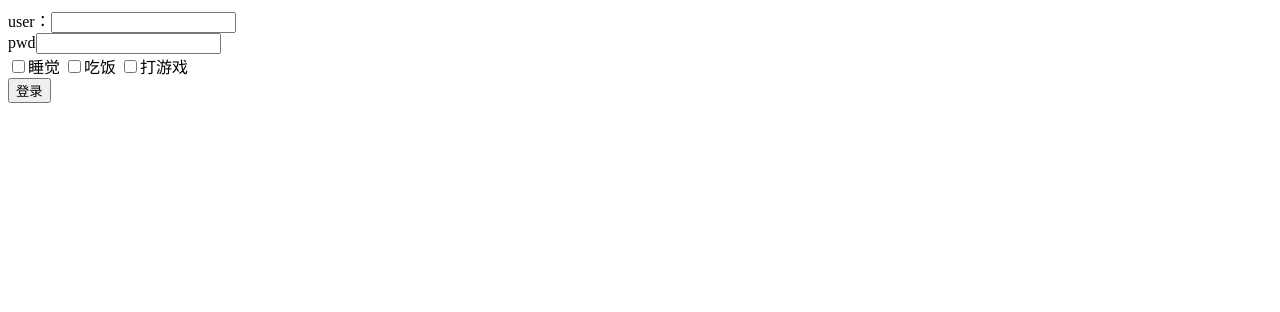
Repository: 0qiqi0/DOM-CSS-JS-JSP-study
Page: http://localhost/JSP2_02_inner_obj/request.jsp
The author's editor kept a copy of each file at every save. The page is drawn from the files as they stood at one save, then again after the next save.
The browser window is 1280 px wide. The pictures show the whole page.
The page is served by Tomcat 9.

Above is the page before, as saved 2016-01-28 14:16:22.

After the next save:
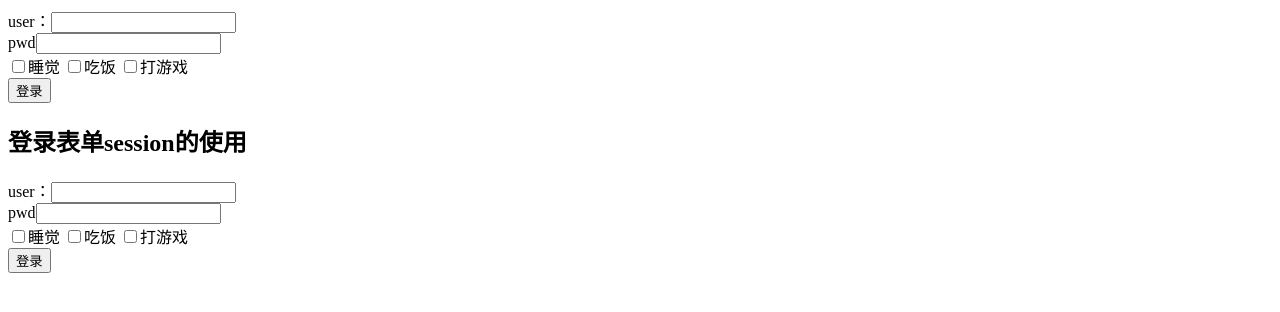
Saved 21 h 54 min later.
--- a/JSP2_02_inner_obj/WebContent/request.jsp
+++ b/JSP2_02_inner_obj/WebContent/request.jsp
@@ -18,5 +18,17 @@
 
 		<input type="submit" value="登录"/><br/>
 	</form>
+	<h2>登录表单session的使用</h2>
+	<form action="request_receive.jsp" method="post" >
+		user：<input type="text" name="user"/><br/>
+		pwd<input type="password" name="pwd"/><br/>
+		<input type="checkbox" name="likes" value="睡觉">睡觉
+		<input type="checkbox" name="likes" value="吃饭">吃饭
+		<input type="checkbox" name="likes" value="打游戏">打游戏<br/>
+
+
+
+		<input type="submit" value="登录"/><br/>
+	</form>
 </body>
 </html>
